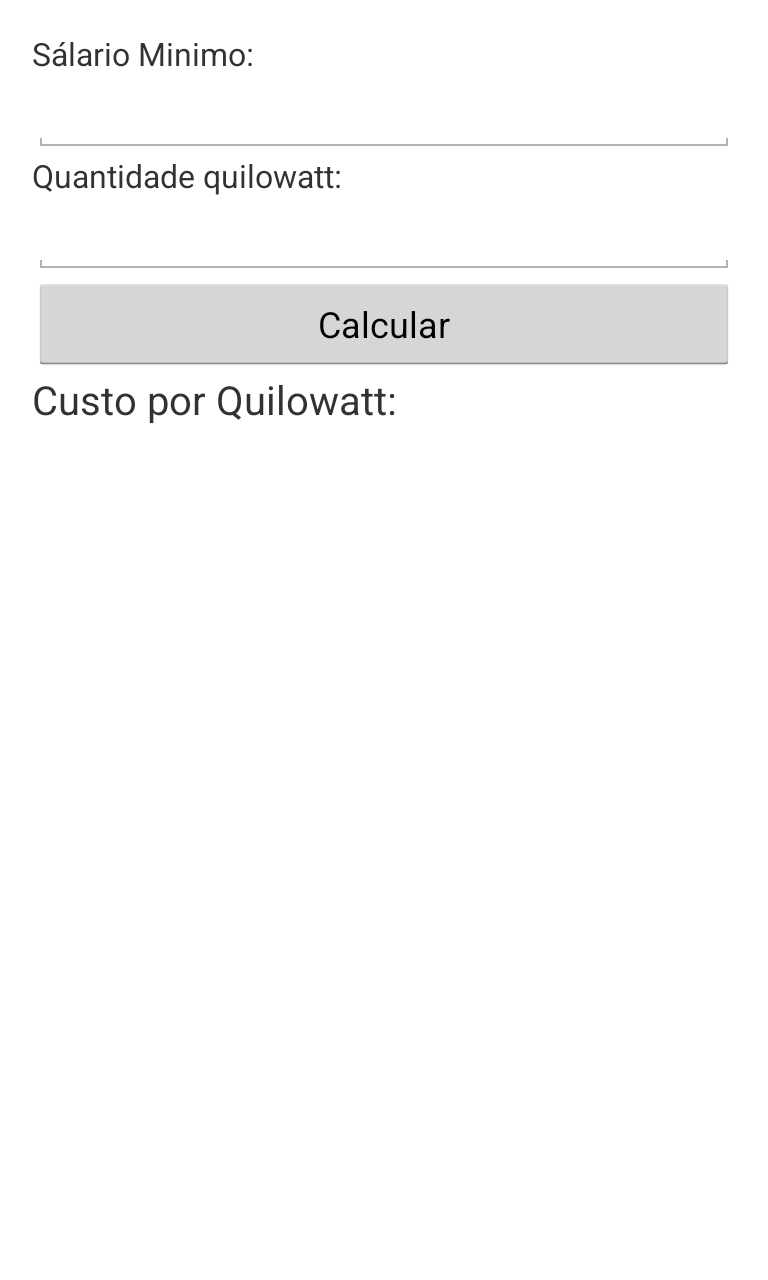
Repository: erickluz/Android
Layout: CustoQuilowatt/res/layout/activity_main.xml
An editor plug-in stored every save of this project. The layout is shown before and after the next save, followed by the edit.
It is drawn on a 768 x 1280 px phone screen (xhdpi) without system bars, with theme AppTheme; the app's code is not run.

Above is the layout before, as saved 2016-03-15 01:45:53.

After the next save:
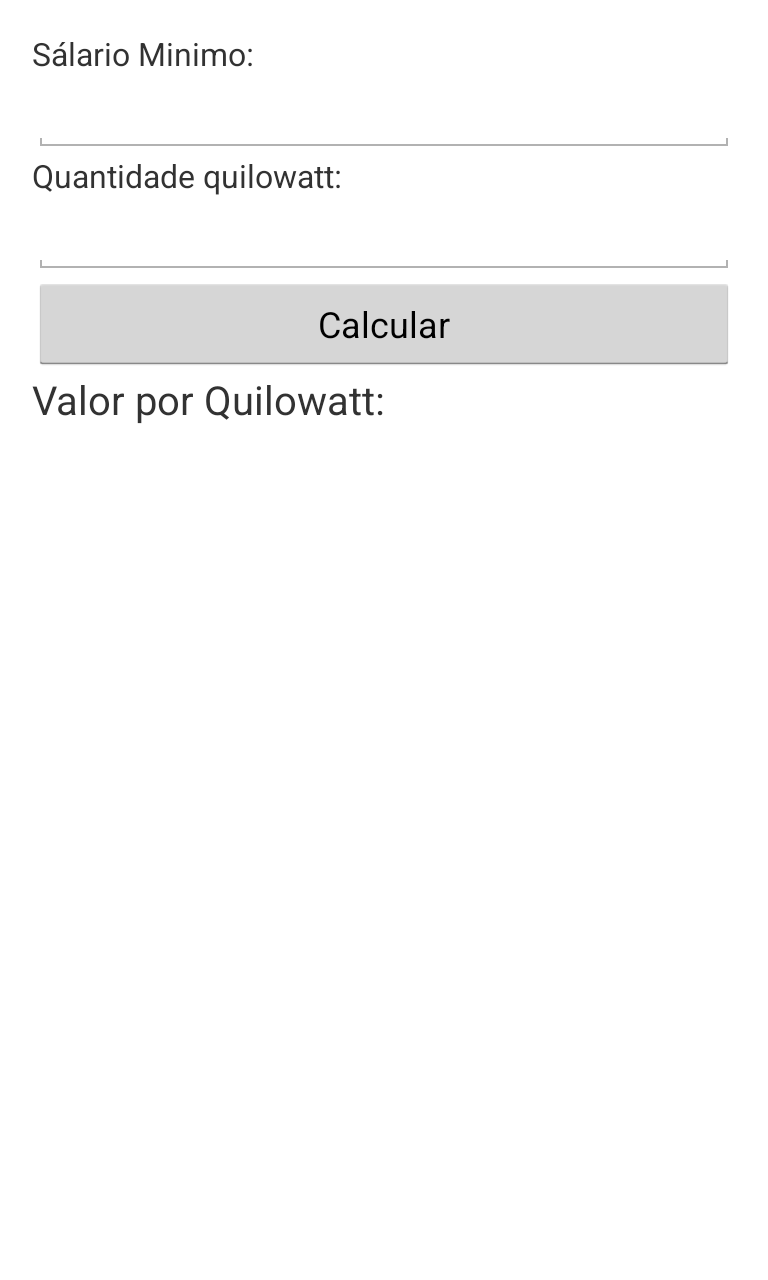
Saved 9 s later.
--- a/CustoQuilowatt/res/values/strings.xml
+++ b/CustoQuilowatt/res/values/strings.xml
@@ -7,6 +7,6 @@
     <string name="salMinimo">Sálario Minimo:</string>
     <string name="qtdQuilowatt">Quantidade quilowatt:</string>
     <string name="btnCalc">Calcular</string>
-    <string name="quiloWatt">Custo por Quilowatt: </string>
+    <string name="quiloWatt">Valor por Quilowatt: </string>
 
 </resources>
